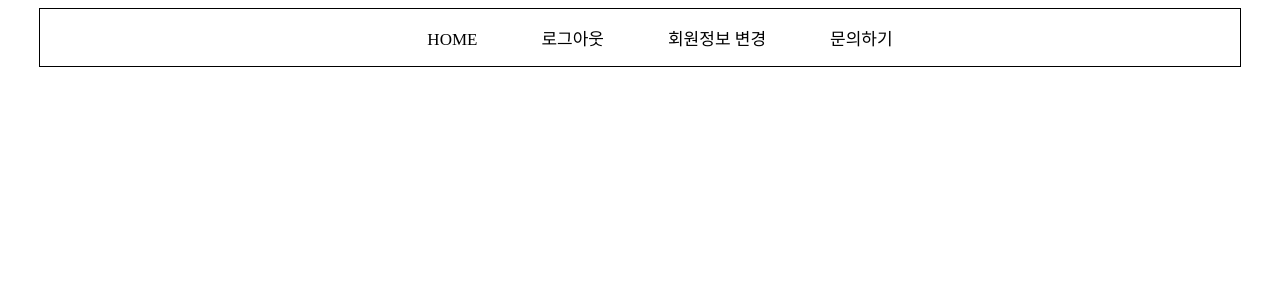
Repository: ceooyh/JSP
Page: http://localhost/memberProject/template/header2.jsp
The author's editor kept a copy of each file at every save. The page is drawn from the files as they stood at one save, then again after the next save.
The browser window is 1280 px wide. The pictures show the whole page.
The page is served by Tomcat 9.

Above is the page before, as saved 2020-12-30 07:40:35.

After the next save:
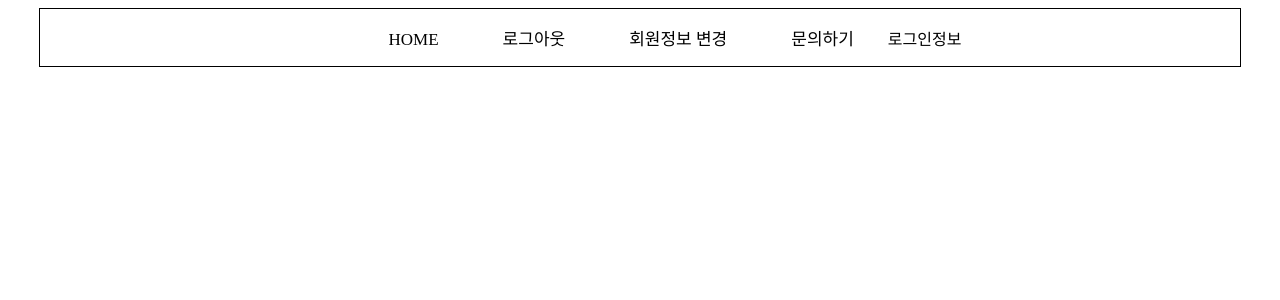
Saved 8 min 58 s later.
--- a/memberProject/WebContent/template/header2.jsp
+++ b/memberProject/WebContent/template/header2.jsp
@@ -29,5 +29,6 @@
 		<li><a href="logout.jsp">로그아웃</a></li>
 		<li><a href="#">회원정보 변경</a></li>
 		<li><a href="#">문의하기</a></li>
+		<li>로그인정보</li>
 	</ul>
 </nav>
